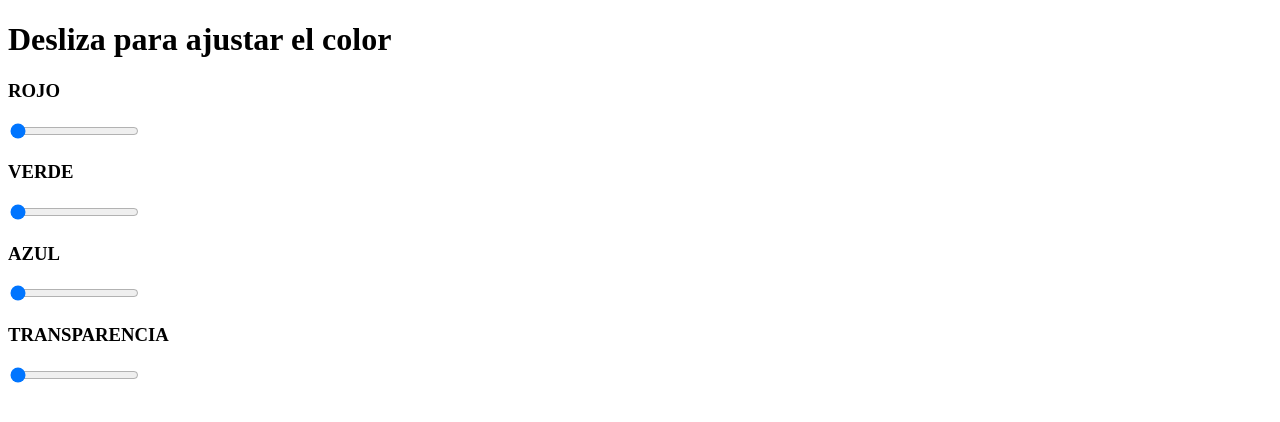
Repository: Kevin8548/Ejercicios-DOM
Page: DeslizadorColor.html
The author's editor kept a copy of each file at every save. The page is drawn from the files as they stood at one save, then again after the next save.
The browser window is 1280 px wide. The pictures show the whole page.

Above is the page before, as saved 2024-10-08 11:56:32.

### DeslizadorColor.html
<!DOCTYPE html>
<html lang="en">
<head>
    <meta charset="UTF-8">
    <meta name="viewport" content="width=device-width, initial-scale=1.0">
    <title>Deslizador para color</title>
</head>
<body>
    <h1>Desliza para ajustar el color</h1>
    <h3>ROJO</h3>
    <input type="range" id="Rojo" min="0" max="255" value="0" step="1" oninput="nuevoColor()">
    <span id="RojoValue"></span>
    <h3>VERDE</h3>
    <input type="range" id="Verde" min="0" max="255" value="0" step="1" oninput="nuevoColor()">
    <span id="VerdeValue"></span>
    <h3>AZUL</h3>
    <input type="range" id="Azul" min="0" max="255" value="0" step="1" oninput="nuevoColor()">
    <span id="AzulValue"></span>
    <h3>TRANSPARENCIA</h3>
    <input type="range" id="Transparencia" min="0" max="1" value="0" step="0.01" oninput="nuevoColor()">
    <span id="TransparenciaValue"></span>

    <script src="./colorsbg/deslizadorColor.js"></script>
</body>
</html>

### colorsbg/deslizadorColor.js
function nuevoColor() {
    const Rojo = document.getElementById('Rojo').value;
    const Verde = document.getElementById('Verde').value;
    const Azul = document.getElementById('Azul').value;
    const Transparencia = document.getElementById('Transparencia').value;

    document.body.style.backgroundColor = `rgb(${Rojo}, ${Verde}, ${Azul}, ${Transparencia})`;
}

After the next save:
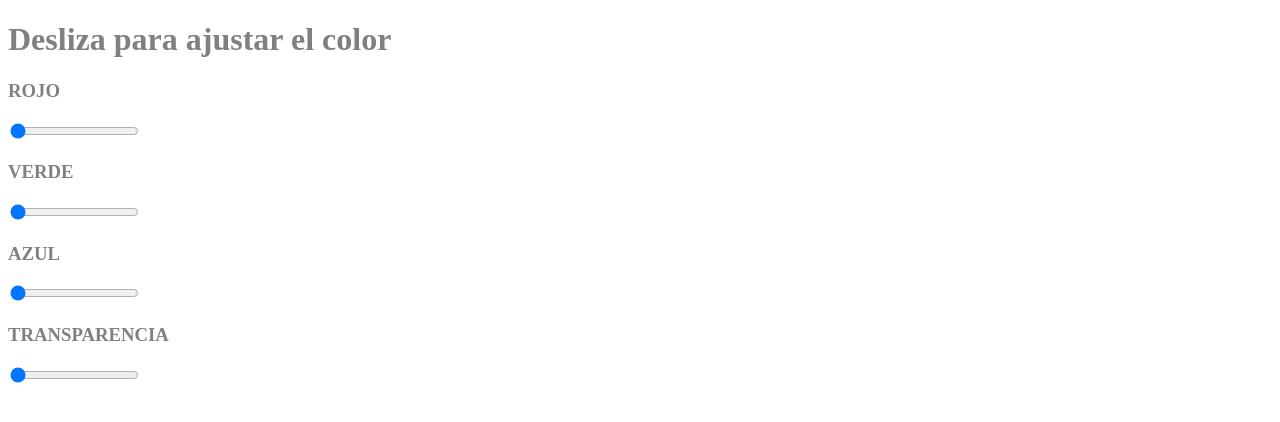
Saved 113 s later.
--- a/DeslizadorColor.html
+++ b/DeslizadorColor.html
@@ -4,6 +4,11 @@
     <meta charset="UTF-8">
     <meta name="viewport" content="width=device-width, initial-scale=1.0">
     <title>Deslizador para color</title>
+    <style>
+        body{
+            color: grey ;
+        }
+    </style>
 </head>
 <body>
     <h1>Desliza para ajustar el color</h1>
